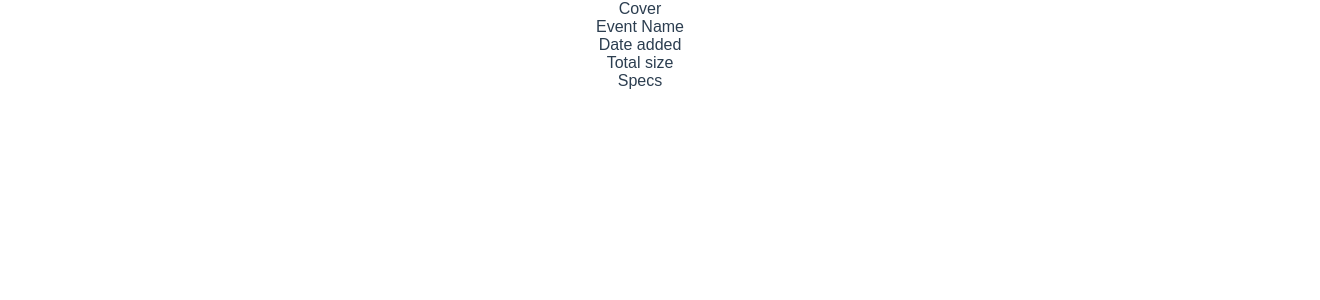
Repository: SyneosAndreia/Allergan_AFA84245_Website
Page: /
An editor plug-in stored every save of this project. The page is shown before and after the next save, followed by the edit.
The browser window is 1280 px wide. The page is 1280 px wide, then 1320 px, so the pictures cover 1320 px, including what lies to the right of the window. The pictures show the whole page.
The project was rebuilt for these pictures with package versions that can differ from the ones it lists, and the page was loaded fresh each time. Also part of the build but not shown: vue.config.js.

Above is the page before, as saved 2020-03-11 16:34:50.

### src/main.js
import Vue from 'vue'
import App from './App.vue'
import router from './router'
import store from './store'
import '@/css/global.css'

Vue.config.productionTip = false

new Vue({
  router,
  store,
  render: h => h(App)
}).$mount('#app')

### src/App.vue
<template>
  <div id="app">
    <header>
      <!-- <router-link to="/">Home</router-link> -->
    </header>
    <router-view/>
  </div>
</template>

<style>
#app {
  font-family: Avenir, Helvetica, Arial, sans-serif;
  -webkit-font-smoothing: antialiased;
  -moz-osx-font-smoothing: grayscale;
  text-align: center;
  color: #2c3e50;
}

#nav {
  padding: 30px;
}

#nav a {
  font-weight: bold;
  color: #2c3e50;
}

#nav a.router-link-exact-active {
  color: #42b983;
}
</style>

### src/css/global.css
/* =======
[ RESET ]
========= */
* {
    margin: 0;
    padding: 0;
    font-family: Arial, Helvetica, sans-serif;
}

button {
    padding: 0;
    border: none;
    background: none;
}

h1 {
    font-size: 36;
    text-align: left;
}

.btn-modal {
    background-image: url("../assets/img/info.png");
    width: 74px;
    height: 24px;
    cursor: pointer;
}

/* =======
[ TABLE ]
========= */

.title-wrap,
.presentation-wrap {
    padding: 20px;
}

.element-wrap {
    width: 300px;
    text-align: left
}

### src/views/Home.vue
<template>
  <div>
    <MainPage/>
  </div>
</template>

<script>
// @ is an alias to /src
import MainPage from '@/components/Home.vue'

export default {
  name: 'Home',
  components: {
    MainPage
  }
}
</script>

### src/components/Home.vue
<template>
    <div class="tite-wrap">
        <div>Cover</div>
        <div>Event Name</div>
        <div>Date added</div>
        <div>Total size</div>
        <div>Specs</div>


    </div>
</template>


<script>
export default {
    name:'MainPage',
}
</script>

Loaded but not shown: public/index.html (common file); src/router/index.js (common file); src/store/index.js (common file)

After the next save:
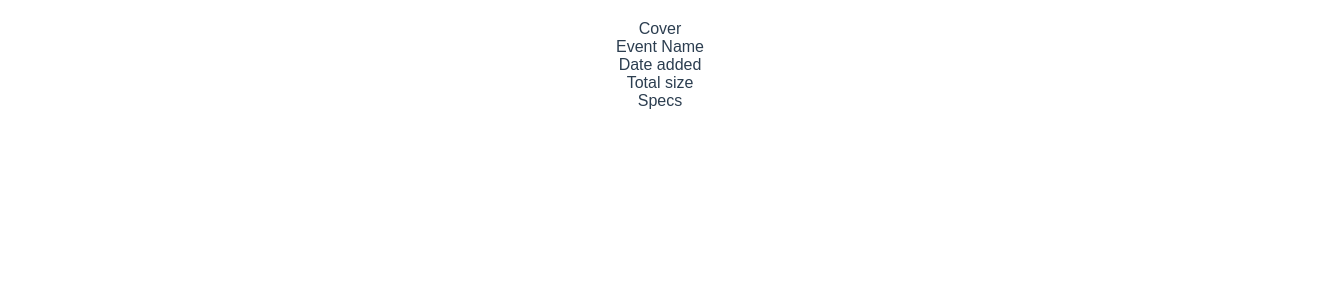
Saved 2 min 19 s later.
--- a/src/components/Home.vue
+++ b/src/components/Home.vue
@@ -1,12 +1,10 @@
 <template>
-    <div class="tite-wrap">
+    <div class="title-wrap">
         <div>Cover</div>
         <div>Event Name</div>
         <div>Date added</div>
         <div>Total size</div>
         <div>Specs</div>
-
-
     </div>
 </template>
 
@@ -16,3 +14,10 @@ export default {
     name:'MainPage',
 }
 </script>
+
+<!-- Add "scoped" attribute to limit CSS to this component only -->
+<style scoped>
+    .title-wrap {
+        width: 100%;
+    }
+</style>
